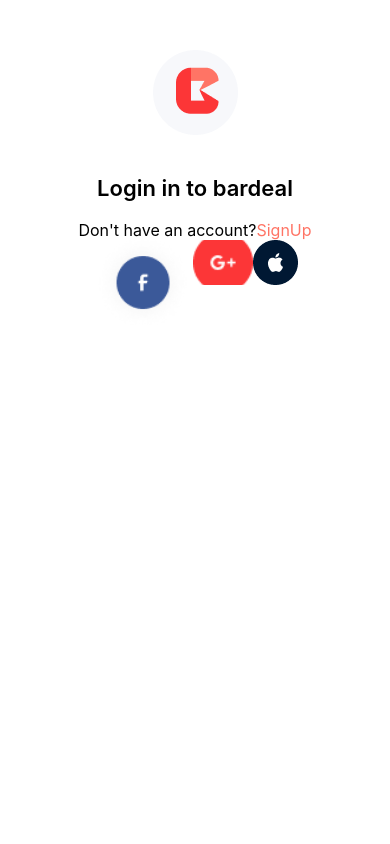
Repository: krunallogisticinfotech/bardealapp-clone
Screen: /
An editor plug-in stored every save of this project. The screen is shown before and after the next save, followed by the edit.
The app was drawn by React Native's web renderer in a window 390 px wide. The project was rebuilt for these pictures with package versions that can differ from the ones it lists, and the page was loaded fresh each time.

Above is the screen before, as saved 2021-10-21 18:11:33.

After the next save:
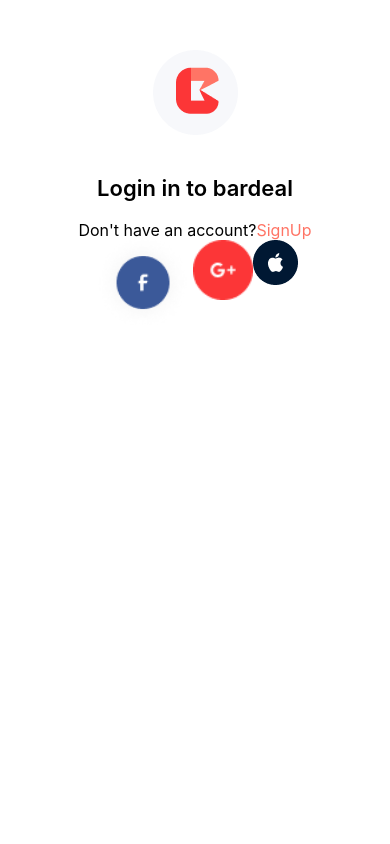
Saved 7 s later.
--- a/screens/Loginscreen.js
+++ b/screens/Loginscreen.js
@@ -59,6 +59,7 @@
   },
   GoogleIcon:{
     width: 60,
+    height: 60,
   }
 
 });
